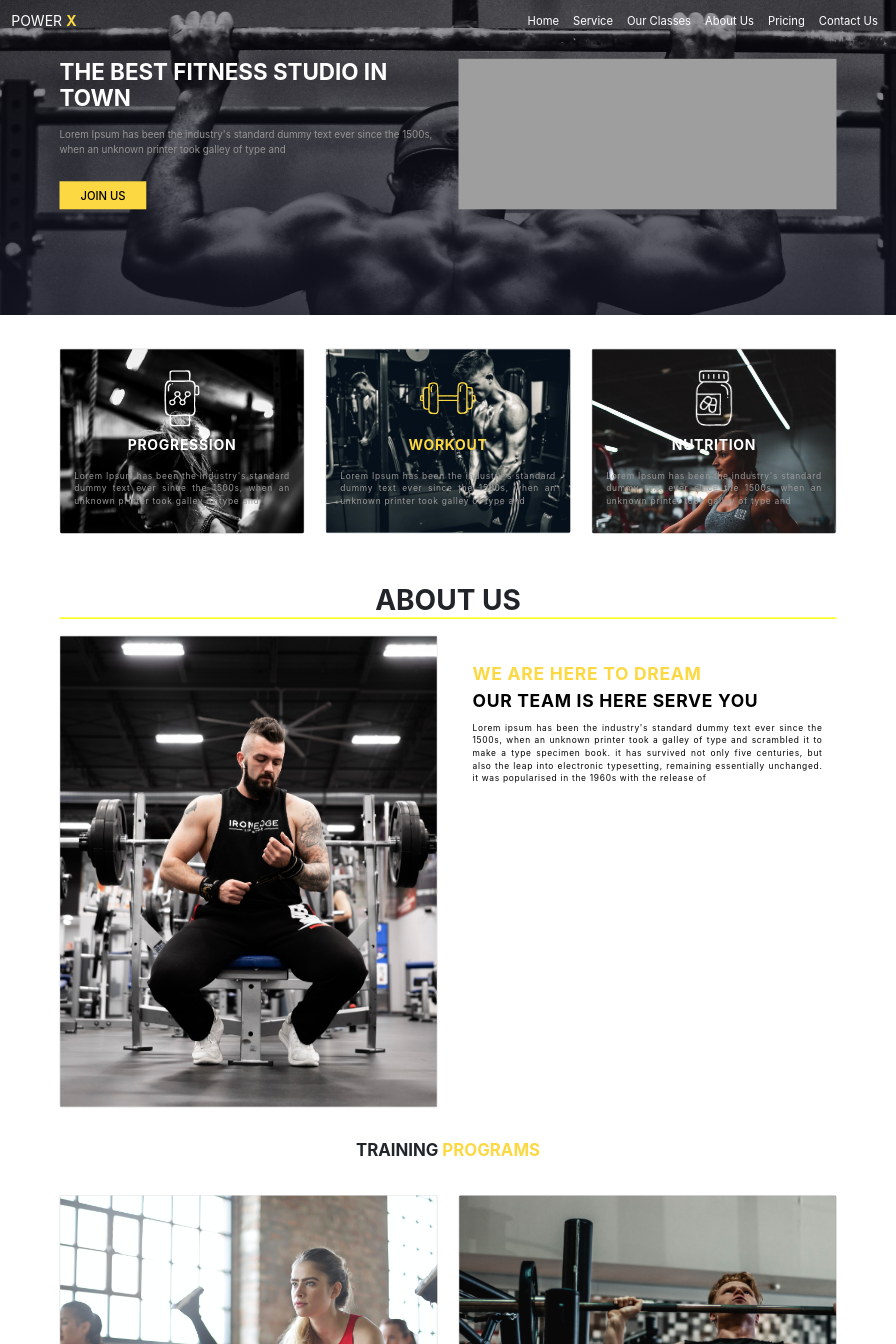
Repository: arif286/power-x-gym
Page: /
An editor plug-in stored every save of this project. The page is shown before and after the next save, followed by the edit.
The browser window is 1280 px wide. The pictures show the part of the page from y = 0 to 1920 px (the page is 3022 px tall), at 70% of full size.
Pictures or frames that could not be fetched are drawn as grey boxes. The project was rebuilt for these pictures with package versions that can differ from the ones it lists, and the page was loaded fresh each time. Also part of the build but not shown: src/components/ClassDetails/ClassDetails.css, src/components/Classes/Classes.js, src/components/PricingPlan/PricingPlan.css, src/components/PurchaseForm/PurchaseForm.css, src/components/PurchaseForm/PurchaseForm.js.

Above is the page before, as saved 2021-04-09 02:27:44.

### src/index.js
import React from 'react';
import ReactDOM from 'react-dom';
import App from './App';
import "./index.css";
import reportWebVitals from './reportWebVitals';
ReactDOM.render(
  <React.StrictMode>
    <App />
  </React.StrictMode>,
  document.getElementById('root')
);

// If you want to start measuring performance in your app, pass a function
// to log results (for example: reportWebVitals(console.log))
// or send to an analytics endpoint. Learn more: https://bit.ly/CRA-vitals
reportWebVitals();

### src/App.js
import "bootstrap/dist/css/bootstrap.min.css";
import React from 'react';
import { BrowserRouter as Router, Route, Switch } from "react-router-dom";
import ClassDetails from "./components/ClassDetails/ClassDetails";
import Classes from "./components/Classes/Classes";
import Footer from "./components/Footer/Footer";
import Header from './components/Header/Header';
import Home from './components/Home/Home';
import PricingPlan from "./components/PricingPlan/PricingPlan";
import PurchaseForm from "./components/PurchaseForm/PurchaseForm";
function App() {
  return (
    <div>
      <Router>
        <Header />
        <Switch>
          <Route path="/home">
            <Home />
          </Route>
          <Route path="/classes">
            <Classes/>
          </Route>
          <Route path='/class/details/:id'>
            <ClassDetails/>
          </Route>
          <Route path='/pricing'>
            <PricingPlan/>
          </Route>
          <Route path='/submitForm'>
            <PurchaseForm/>
          </Route>
          <Route exact path="/">
            <Home />
          </Route>
        </Switch>
        <Footer />
      </Router>
    </div>
  );
}

export default App;

### src/components/ClassDetails/ClassDetails.js
import { faCheckSquare } from "@fortawesome/free-solid-svg-icons";
import { FontAwesomeIcon } from "@fortawesome/react-fontawesome";
import axios from "axios";
import React, { useEffect, useState } from "react";
import { Card, Col, Container, Row } from "react-bootstrap";
import { useParams } from "react-router";
import "./ClassDetails.css";

const checkSquare = <FontAwesomeIcon icon={faCheckSquare} />;
const ClassDetails = () => {
  const { id } = useParams();
  const [classDetails, setClassDetails] = useState({});
  useEffect(() => {
    axios
      .get(`http://localhost:5000/eventDetails/${id}`)
      .then((res) => setClassDetails(res.data))
      .catch((err) => console.log(err));
  }, [id]);
  const {
    image,
    item1,
    item2,
    item3,
    item4,
    item5,
    description,
  } = classDetails;
  return (
    <Container>
      <Row className="row-cols-1 row-cols-md-2 g-4">
        <Col>
          <img
            className="w-100 mb-4"
            style={{
              maxHeight: "500px",
            }}
            src={image}
            alt=""
          />
          <p>{description}</p>
          <div className="details">
            <h6>
              <span>{checkSquare}</span>
              {item1}
            </h6>
            <h6>
              <span>{checkSquare}</span>
              {item2}
            </h6>
            <h6>
              <span>{checkSquare}</span>
              {item3}
            </h6>
            <h6>
              <span>{checkSquare}</span>
              {item4}
            </h6>
            <h6>
              <span>{checkSquare}</span>
              {item5}
            </h6>
          </div>
        </Col>
        <Col className="pt-5 text-center">
          <h1
            style={{
              textTransform: "uppercase",
              fontWeight: 700,
              marginBottom: "30px",
            }}
          >
            Class <span style={{ color: "#fcd842" }}>schedule</span>
          </h1>
          <Row className="row-cols-1 row-cols-sm-2">
            <Col className="pb-3">
              <Card className="shadow text-center schedule">
                <h5>Monday</h5>
                <p>8:00 AM - 9:AM</p>
              </Card>
            </Col>
            <Col className="pb-3">
              <Card className="shadow text-center schedule">
                <h5>Monday</h5>
                <p>10:00 AM - 11:AM</p>
              </Card>
            </Col>
            <Col className="pb-3">
              <Card className="shadow text-center schedule">
                <h5>Monday</h5>
                <p>7:00 AM-8:AM</p>
              </Card>
            </Col>
            <Col className="pb-3">
              <Card className="shadow text-center schedule">
                <h5>Monday</h5>
                <p>6:00 PM-7:PM</p>
              </Card>
            </Col>
            <Col className="pb-3">
              <Card className="shadow text-center schedule">
                <h5>Monday</h5>
                <p>8:00 PM-9:PM</p>
              </Card>
            </Col>
            <Col className="pb-3">
              <Card className="shadow text-center schedule">
                <h5>Monday</h5>
                <p>8:00 PM-9:PM</p>
              </Card>
            </Col>
          </Row>
        </Col>
      </Row>
    </Container>
  );
};

export default ClassDetails;

### src/components/Footer/Footer.js
import React from "react";
import { Col, Container, Row } from "react-bootstrap";
import { NavLink } from "react-router-dom";
import Facebook from "../../power-x-gym/Image & Icon/bxl-facebook.png";
import Instagram from "../../power-x-gym/Image & Icon/bxl-instagram.png";
import Twitter from "../../power-x-gym/Image & Icon/bxl-twitter.png";
import YouTube from "../../power-x-gym/Image & Icon/bxl-youtube.png";
import "./Footer.css";
const Footer = () => {
  return (
    <footer>
      <Container>
        <Row className="footer-title">
          <Col xs={12} sm={6} md={3} className="pb-5">
            <h4 style={{ color: "white" }}>
              POWER <span style={{ color: "#fcd842" }}>X</span>
            </h4>
          </Col>
          <Col xs={12} sm={6} md={3} className="pb-5">
            <h6>Need Help</h6>
            <ul className="footer-link">
              <li>
                <NavLink className="company-list" to="/">
                  Help Center
                </NavLink>
              </li>
              <li>
                <NavLink className="company-list" to="/">
                  {" "}
                  Email Support
                </NavLink>
              </li>
              <li>
                <NavLink className="company-list" to="/">
                  Live Chart
                </NavLink>
              </li>
              <li>
                <NavLink className="company-list" to="/">
                  Feedback
                </NavLink>
              </li>
            </ul>
          </Col>
          <Col xs={12} sm={6} md={3} className="pb-5">
            <h6>Digital Resources</h6>
            <ul className="footer-link">
              <li>
                <NavLink className="company-list" to="/">
                  Gift Certificates
                </NavLink>
              </li>
              <li>
                <NavLink className="company-list" to="/">
                  Articles
                </NavLink>
              </li>
              <li>
                <NavLink className="company-list" to="/">
                  E-books
                </NavLink>
              </li>
            </ul>
          </Col>
          <Col xs={12} sm={6} md={3} className="pb-5">
            <h6>Connect with Us</h6>
            <div className="social-link">
              <p>
                <a href="/">
                  <img className="social-img" src={Facebook} alt="" />
                </a>
              </p>
              <p className="social-link">
                <a href="/">
                  <img className="social-img" src={Instagram} alt="" />
                </a>
              </p>
              <p>
                <a href="/">
                  <img className="social-img" src={Twitter} alt="" />
                </a>
              </p>
              <p>
                <a href="/">
                  <img className="social-img" src={YouTube} alt="" />
                </a>
              </p>
            </div>
          </Col>
        </Row>
      </Container>
    </footer>
  );
};

export default Footer;

### src/components/Header/Header.js
import React from "react";
import { Col, Container, Nav, Navbar, Row } from "react-bootstrap";
import { NavLink } from "react-router-dom";
import './Header.css';
const Header = (props) => {
  console.log(props)
  return (
    <div className="navBar-bg mb-5">
      <Navbar variant="dark" expand="lg">
        <Navbar.Brand href="#home">
          POWER
          <span
            style={{ color: "#FCD842", marginLeft: "6px", fontWeight: 700 }}
          >
            X
          </span>
        </Navbar.Brand>
        <Navbar.Toggle aria-controls="basic-navbar-nav" />
        <Navbar.Collapse id="basic-navbar-nav">
          <Nav className="ml-auto">
            <NavLink className="header-link" to="/home">
              Home
            </NavLink>
            <NavLink className="header-link" to="#features">
              Service
            </NavLink>
            <NavLink className="header-link" to="/classes">
              Our Classes
            </NavLink>
            <NavLink className="header-link" to="/features">
              About Us
            </NavLink>
            <NavLink className="header-link" to="/pricing">
              Pricing
            </NavLink>
            <NavLink className="header-link" to="/pricing">
              Contact Us
            </NavLink>
          </Nav>
        </Navbar.Collapse>
      </Navbar>
      <Container>
        <Row className="row-cols-1 row-cols-md-2 mt-4">
          <Col className="header-content">
            <h2>The Best Fitness Studio in town</h2>
            <p>
              Lorem Ipsum has been the industry's standard dummy text ever since
              the 1500s, when an unknown printer took galley of type and
            </p>
            <button>join us</button>
          </Col>
          <Col>
            <iframe
              width="100%"
              height="100%"
              src="https://www.youtube-nocookie.com/embed/gey73xiS8F4?start=15"
              title="YouTube video player"
              frameborder="0"
              allow="accelerometer; autoplay; clipboard-write; encrypted-media; gyroscope; picture-in-picture"
              allowfullscreen
            ></iframe>
          </Col>
        </Row>
      </Container>
    </div>
  );
};

export default Header;

### src/components/Home/Home.js
import React from "react";
import About from "../About/About";
import ChooseUs from "../ChooseUs/ChooseUs";
import Programs from "../Programs/Programs";
import WorkOut from "../WorkOut/WorkOut";

const Home = () => {
  return (
    <>
      <WorkOut />
      <About />
      <Programs />
      <ChooseUs />
    </>
  );
};

export default Home;

### src/components/Footer/Footer.css
footer {
  background-color: #171426;
  padding-top: 50px;
  padding-bottom: 80px;
  margin-top: 50px;
}
.footer-link {
  list-style: none;
  display: inline;
}
.company-list {
  text-decoration: none;
  color: white;
}
.company-list:hover {
  color: hotpink;
  text-decoration: none;
}
.social-link {
  display: flex;
}

.social-img {
  width: 30px;
  height: 30px;
  object-fit: contain;
}

.social-link p {
  padding: 5px;
  display: inline;
}

.social-link p a img:hover {
  background-color: #257cc3;
}
.footer-title h6 {
  color: white;
}

### src/components/Header/Header.css
.header-link {
  text-decoration: none !important;
  color: white;
  padding: 10px;
}
.header-link:hover {
  color: gray;
}
.navBar-bg {
  background-image: linear-gradient(#0708115e, #151626c4),
    url("../../power-x-gym/Image & Icon/edgar-chaparro-sHfo3WOgGTU-unsplash.jpg");
  background-repeat: no-repeat;
  min-height: 450px;
  background-size: cover;
}
.header-content h2 {
  color: white;
  font-weight: 700;
  text-transform: uppercase;
}
.header-content p {
  color: #959393;
  font-size: 14px;
  margin-top: 20px;
}
.header-content button {
  border: none;
  outline: none;
  background-color: #fcd842;
  text-transform: uppercase;
  font-weight: 500;
  padding: 8px 30px;
  margin-top: 20px;
}

### src/components/About/About.js
import React from "react";
import { Card, Col, Container, Row } from "react-bootstrap";
import aboutImg from "../../power-x-gym/Image & Icon/wells-chan-H-vAxuWxmi8-unsplash.jpg";

const About = () => {
  return (
    <>
      <Container className="mt-5">
        <h1 className="text-center mb-4 about-title">about us</h1>
        <Row className="row-cols-1 row-cols-md-2 g-4 ">
          <Col>
            <Card className="h-100">
              <img
                style={{
                  width: "100%",
                  height: "100%",
                  objectFit: "cover",
                }}
                src={aboutImg}
                alt=""
              />
            </Card>
          </Col>
          <Col>
            <Card style={{ border: "none" }} className="h-100 work-card ">
              <Card.Body>
                <h5
                  style={{
                    color: "#FCD842",
                    fontSize: "25px",
                    marginTop: "20px",
                  }}
                >
                  We are here to dream
                </h5>
                <h5 style={{ color: "black", fontSize: "25px" }}>
                  our team is here serve you
                </h5>
                <p style={{ color: "black" }}>
                  Lorem ipsum has been the industry's standard dummy text ever
                  since the 1500s, when an unknown printer took a galley of type
                  and scrambled it to make a type specimen book. it has survived
                  not only five centuries, but also the leap into electronic
                  typesetting, remaining essentially unchanged. it was
                  popularised in the 1960s with the release of
                </p>
              </Card.Body>
            </Card>
          </Col>
        </Row>
      </Container>
    </>
  );
};

export default About;

### src/components/ChooseUs/ChooseUs.js
import React from "react";
import { Card, Col, Container, Row } from "react-bootstrap";
import gift from "../../power-x-gym/Image & Icon/gift-2.png";
import body from "../../power-x-gym/Image & Icon/Group 87.png";
import cycle from "../../power-x-gym/Image & Icon/Group 88.png";

const ChooseUs = () => {
  return (
    <Container className="mt-5">
      <h5
        style={{
          textTransform: "uppercase",
          textAlign: "center",
          fontWeight: 700,
          marginBottom: "40px",
        }}
      >
        <span style={{ color: "#fcd842"}}>why</span> choose us
      </h5>
      <Row className="row-cols-1 row-cols-md-3 g-4">
        <Col className="pb-4">
          <Card className="work-card text-center shadow">
            <Card.Body>
              <img className="work-img pb-3" src={body} alt="" />
              <h5 style={{ color: "black" }}>free fitness training</h5>
              <p style={{ color: "black" }}>
                Lorem Ipsum has been the industry's standard dummy text ever
                since the 1500s, when an unknown printer took galley of type and
              </p>
            </Card.Body>
          </Card>
        </Col>
        <Col className="pb-4">
          <Card className="work-card text-center shadow">
            <Card.Body>
              <img className="work-img pb-3" src={cycle} alt="" />
              <h5 style={{ color: "black" }}>tons of cardio & strength</h5>
              <p style={{ color: "black" }}>
                Lorem Ipsum has been the industry's standard dummy text ever
                since the 1500s, when an unknown printer took galley of type and
              </p>
            </Card.Body>
          </Card>
        </Col>
        <Col className="pb-4">
          <Card className="work-card text-center shadow">
            <Card.Body>
              <img className="work-img pb-3" src={gift} alt="" />
              <h5 style={{ color: "black" }}>no commitment memberships</h5>
              <p style={{ color: "black" }}>
                Lorem Ipsum has been the industry's standard dummy text ever
                since the 1500s, when an unknown printer took galley of type and
              </p>
            </Card.Body>
          </Card>
        </Col>
      </Row>
    </Container>
  );
};

export default ChooseUs;

### src/components/Programs/Programs.js
import React from "react";
import { Card, Col, Container, Row } from "react-bootstrap";
import "./Programs.css";
const Programs = () => {
  return (
    <>
      <Container className="mt-5">
        <h4
          style={{
            textTransform: "uppercase",
            fontWeight: 700,
          }}
          className="text-center mb-5"
        >
          training <span style={{ color: "#fcd842" }}>Programs</span>
        </h4>
        <Row className="row-cols-1 row-cols-md-2 g-4">
          <Col className="pb-4">
            <Card className="yoga programs-img h-100">
              <h6> Yoga training session</h6>
            </Card>
          </Col>
          <Col className="pb-4">
            <Card className="cardio programs-img h-100">
              <h6>cardio training session</h6>
            </Card>
          </Col>
        </Row>
      </Container>
    </>
  );
};

export default Programs;

### src/components/WorkOut/WorkOut.js
import React from "react";
import { Card, Col, Container, Row } from "react-bootstrap";
import watch from "../../power-x-gym/Image & Icon/Group 80.png";
import dumble from "../../power-x-gym/Image & Icon/Group 81.png";
import box from "../../power-x-gym/Image & Icon/Group 82.png";
import "./WorkOut.css";

const WorkOut = () => {
  return (
    <>
      <Container>
        <Row className="row-cols-1 row-cols-md-3 g-4">
          <Col className=" pb-4">
            <Card className="hard-work work-card h-100">
              <Card.Body className="work-body">
                <img src={watch} className="work-img" alt="" />
                <h5>Progression</h5>
                <p>
                  Lorem Ipsum has been the industry's standard dummy text ever
                  since the 1500s, when an unknown printer took galley of type
                  and
                </p>
              </Card.Body>
            </Card>
          </Col>
          <Col className="pb-4">
            <Card className="work-out work-card h-100">
              <Card.Body className="work-body">
                <img className="work-img" src={dumble} alt="" />
                <h5 style={{ color: "#FCD842" }}>WorkOut</h5>
                <p>
                  Lorem Ipsum has been the industry's standard dummy text ever
                  since the 1500s, when an unknown printer took galley of type
                  and
                </p>
              </Card.Body>
            </Card>
          </Col>
          <Col className='pb-4'>
            <Card className="nutrition work-card h-100">
              <Card.Body className="work-body">
                <img className="work-img" src={box} alt="" />
                <h5>nutrition</h5>
                <p>
                  Lorem Ipsum has been the industry's standard dummy text ever
                  since the 1500s, when an unknown printer took galley of type
                  and
                </p>
              </Card.Body>
            </Card>
          </Col>
        </Row>
      </Container>
    </>
  );
};

export default WorkOut;

### src/components/Programs/Programs.css
.yoga {
  background-image: url("../../power-x-gym/Image & Icon/bruce-mars-gJtDg6WfMlQ-unsplash.png");
}
.cardio {
  background-image: url("../../power-x-gym/Image & Icon/arthur-edelman-qfjuh4OLdxw-unsplash.jpg");
}
.programs-img {
  background-repeat: no-repeat;
  background-size: cover;
  min-height: 500px;
}
.programs-img h6 {
  text-transform: uppercase;
  margin-top: auto;
  margin-bottom: 25px;
  font-weight: 800;
  background-color: #fcd842;
  padding: 10px 0px;
  display: inline-block !important;
  place-self: flex-start;
}

### src/components/WorkOut/WorkOut.css
.hard-work {
  background-image: url("../../power-x-gym/Image & Icon/hipcravo-5UbIqV58CW8-unsplash.jpg");
}
.work-out {
  background-image: url("../../power-x-gym/Image & Icon/daniel-apodaca-WdoQio6HPVA-unsplash.jpg");
}
.nutrition {
  background-image: url("../../power-x-gym/Image & Icon/penguinuhh-8VI6WwEEEHw-unsplash.jpg");
}
.work-card {
  background-repeat: no-repeat;
  background-size: cover;
}
.work-img {
  width: 80px;
  height: 80px;
  object-fit: contain;
  margin-bottom: 15px;
  margin-top: 10px;
}
.work-card h5 {
  color: white;
  text-transform: uppercase;
  font-weight: 700;
  letter-spacing: 1px;
}
.work-card p {
  color: #9b9999;
  font-size: 12px;
  letter-spacing: 1px;
  text-align: justify;
  margin-top: 15px;
}

.about-title {
  text-transform: uppercase;
  font-weight: 700;
  border-bottom: 2px solid yellow;
}
.work-body {
  display: flex;
  flex-direction: column;
  align-items: center;
  justify-content: center;
}

Loaded but not shown: public/index.html (common file); src/index.css (common file); src/reportWebVitals.js (common file); src/components/PricingPlan/PricingPlan.js (122 lines, source omitted)

After the next save:
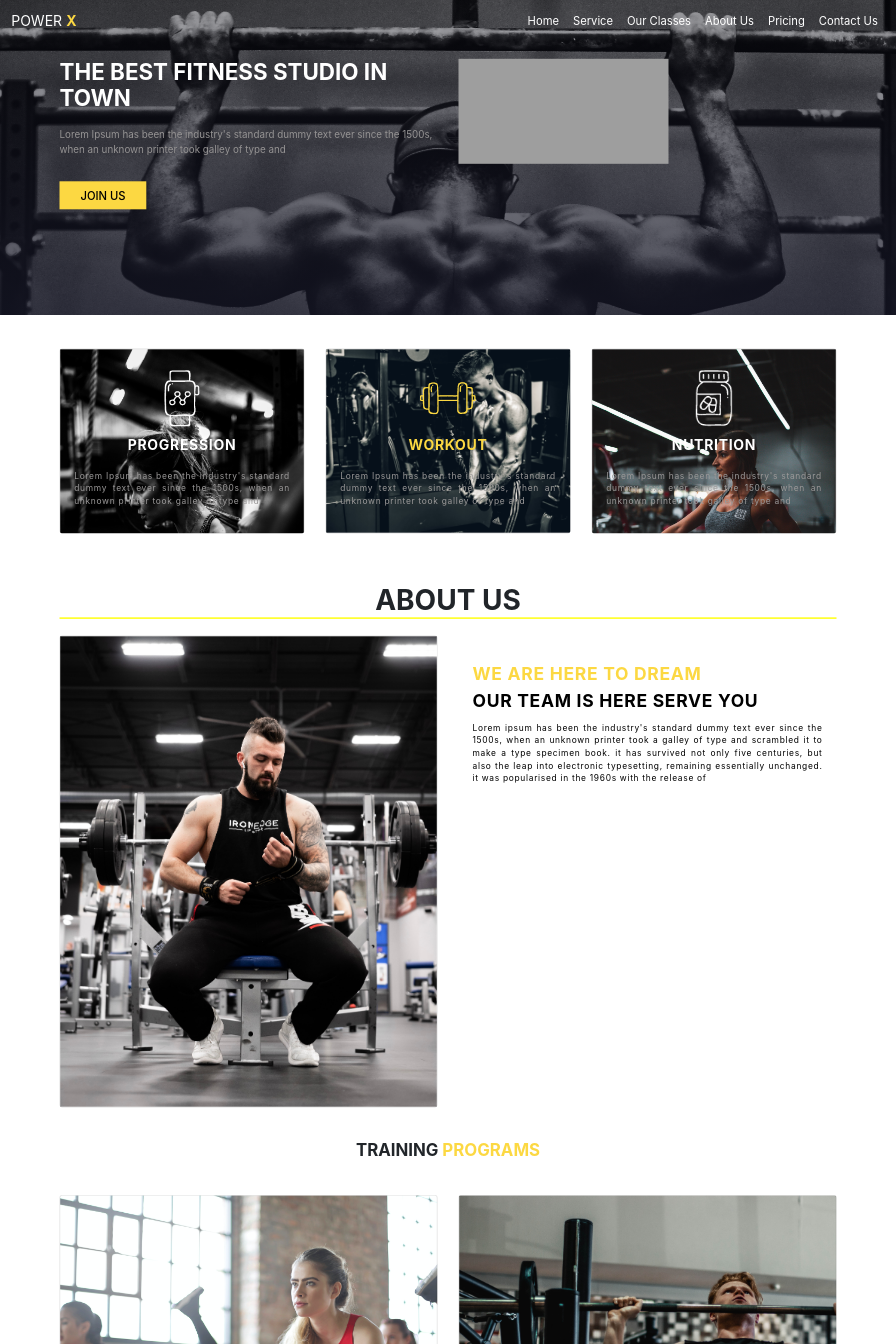
Saved 29 s later.
--- a/src/components/Header/Header.js
+++ b/src/components/Header/Header.js
@@ -51,8 +51,8 @@ const Header = (props) => {
           </Col>
           <Col>
             <iframe
-              width="100%"
-              height="100%"
+              maxWidth="560"
+              maxHeight="315"
               src="https://www.youtube-nocookie.com/embed/gey73xiS8F4?start=15"
               title="YouTube video player"
               frameborder="0"
